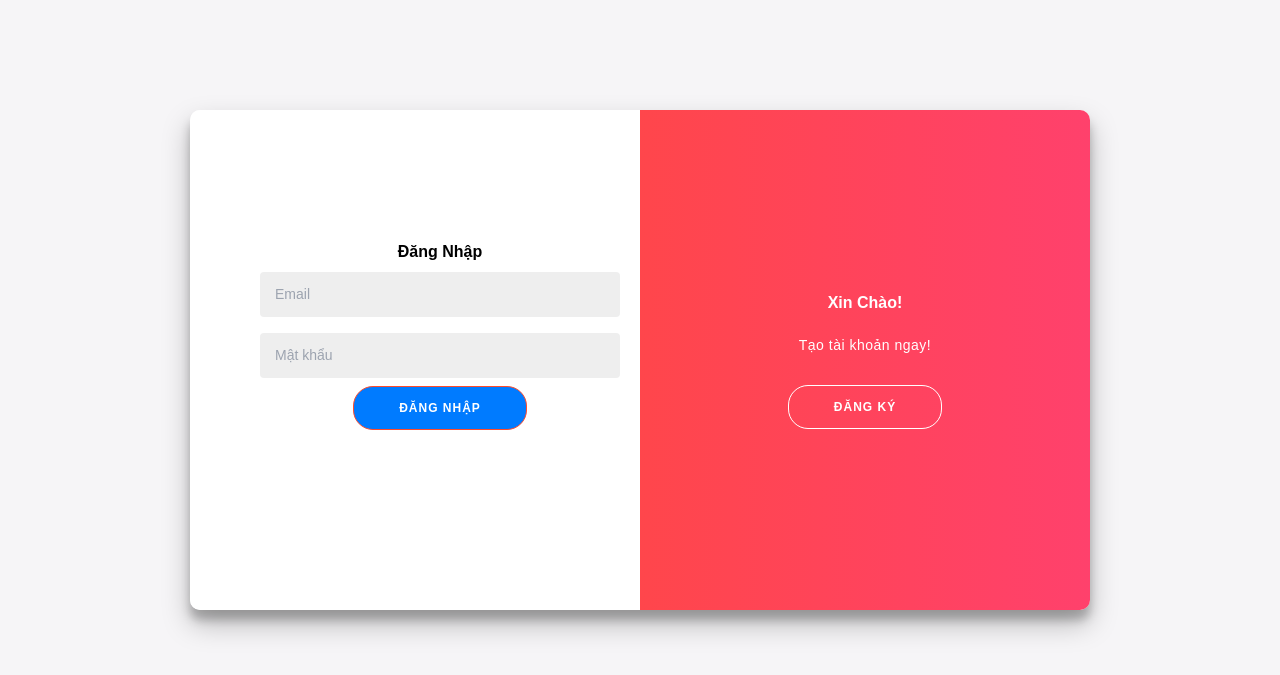
Repository: BlackWolf2002/project_airbn_react
Page: /admin/bookings
An editor plug-in stored every save of this project. The page is shown before and after the next save, followed by the edit.
The browser window is 1280 px wide. The pictures show the whole page.
The project was rebuilt for these pictures with package versions that can differ from the ones it lists, and the page was loaded fresh each time. Also part of the build but not shown: vite.config.js, src/api/apiService.js, src/style/Home.css, src/components/Navbar.jsx, src/style/Footer.css, src/components/Footer.jsx, src/components/Home.jsx, src/style/Admin.css and 17 more.

Above is the page before, as saved 2025-02-16 19:21:12.

After the next save:
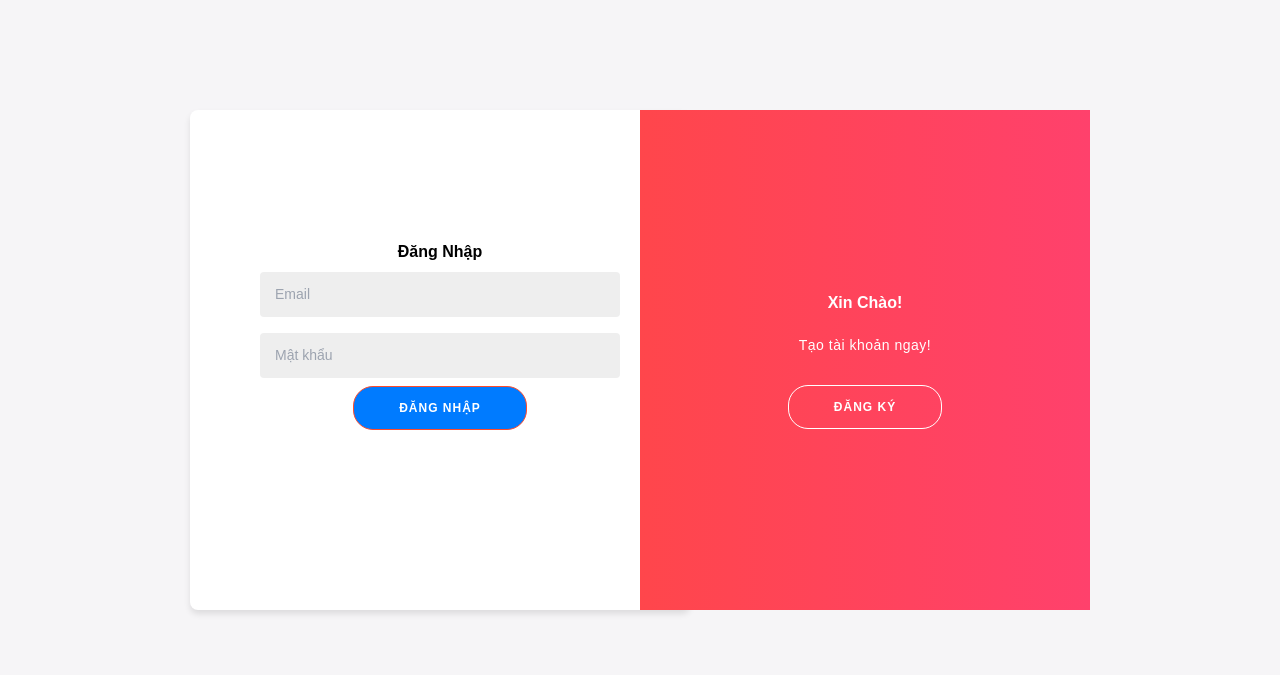
Saved 21 s later.
--- a/src/style/Login.css
+++ b/src/style/Login.css
@@ -15,21 +15,16 @@
 }
 
 .container-login {
-    background-color: #fff;
-    border-radius: 10px;
-    box-shadow: 0 14px 28px rgba(0, 0, 0, 0.25), 0 10px 10px rgba(0, 0, 0, 0.22);
+    display: flex;
+    flex-direction: row;
+    justify-content: center;
+    align-items: center;
+    width: 900px;
+    height: 500px;
     position: absolute;
     top: 50%;
     left: 50%;
     transform: translate(-50%, -50%);
-    max-width: 900px;
-    width: 100%;
-    min-height: 500px;
-    display: flex;
-    flex-direction: row;
-    justify-content: center;
-    align-items: center;
-    overflow: hidden;
 }
 
 .container-login h1 {

After the save that followed:
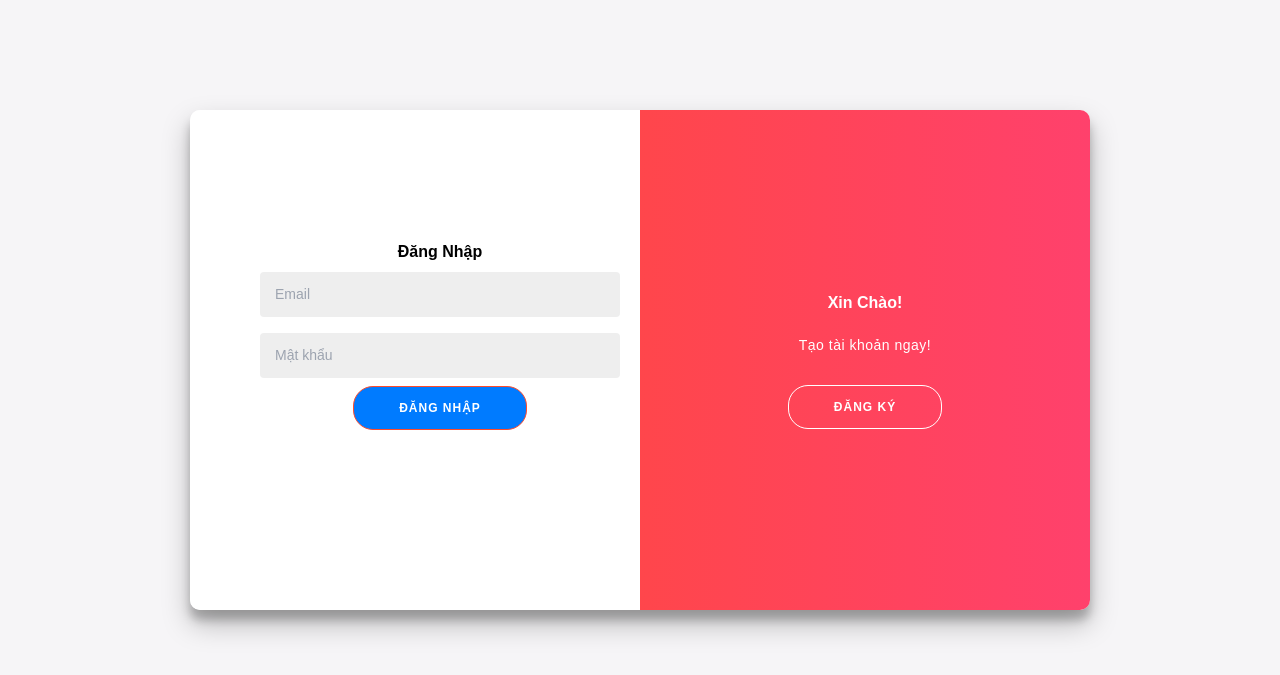
Saved 12 s later.
--- a/src/style/Login.css
+++ b/src/style/Login.css
@@ -15,16 +15,21 @@
 }
 
 .container-login {
+    background-color: #fff;
+    border-radius: 10px;
+    box-shadow: 0 14px 28px rgba(0, 0, 0, 0.25), 0 10px 10px rgba(0, 0, 0, 0.22);
+    position: absolute;
+    top: 50%;
+    left: 50%;
+    transform: translate(-50%, -50%);
+    max-width: 900px;
+    width: 100%;
+    min-height: 500px;
     display: flex;
     flex-direction: row;
     justify-content: center;
     align-items: center;
-    width: 900px;
-    height: 500px;
-    position: absolute;
-    top: 50%;
-    left: 50%;
-    transform: translate(-50%, -50%);
+    overflow: hidden;
 }
 
 .container-login h1 {
